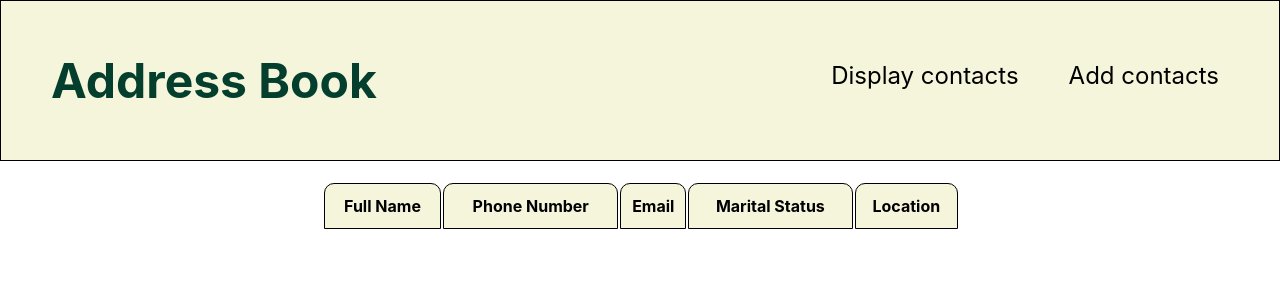
Repository: jatannoury/Address-Book
Page: /contact_page
The author's editor kept a copy of each file at every save. The page is drawn from the files as they stood at one save, then again after the next save.
The browser window is 1280 px wide. The pictures show the whole page.
The project was rebuilt for these pictures with package versions that can differ from the ones it lists, and the page was loaded fresh each time. Also part of the build but not shown: src/components/Email.js, src/components/Password.js, src/components/Login.js, src/components/Username.js, src/components/SignUp.js, src/components/AddSection.js.

Above is the page before, as saved 2022-06-26 03:25:02.

After the next save:
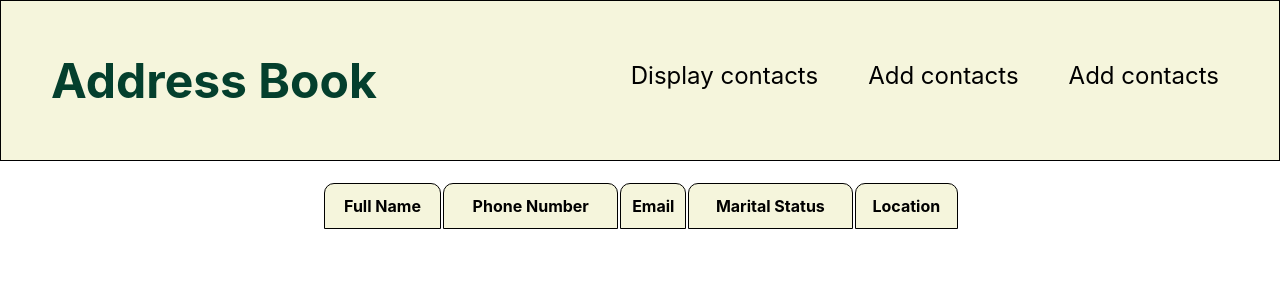
Saved 2 min 33 s later.
--- a/src/components/Navbar.js
+++ b/src/components/Navbar.js
@@ -11,6 +11,9 @@ const Navbar = () => {
         <div className="sub_nav">
           <a href="/add_contact">Add contacts</a>
         </div>
+        <div className="sub_nav">
+          <a href="/add_contact">Add contacts</a>
+        </div>
       </div>
     </nav>
   );
